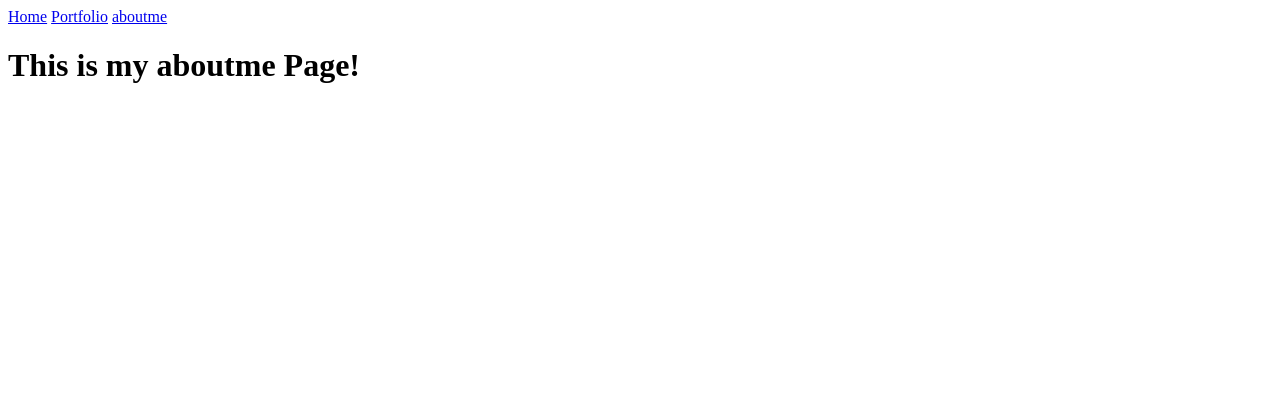
Repository: Eguevara1870/eguevara1870.github.io
Page: my_website/aboutme.html
The author's editor kept a record of every edit. The page is drawn from the files as they stood at one moment, then again after the next edit.
The browser window is 1280 px wide. The pictures show the whole page.

Above is the page before.

After the next edit:
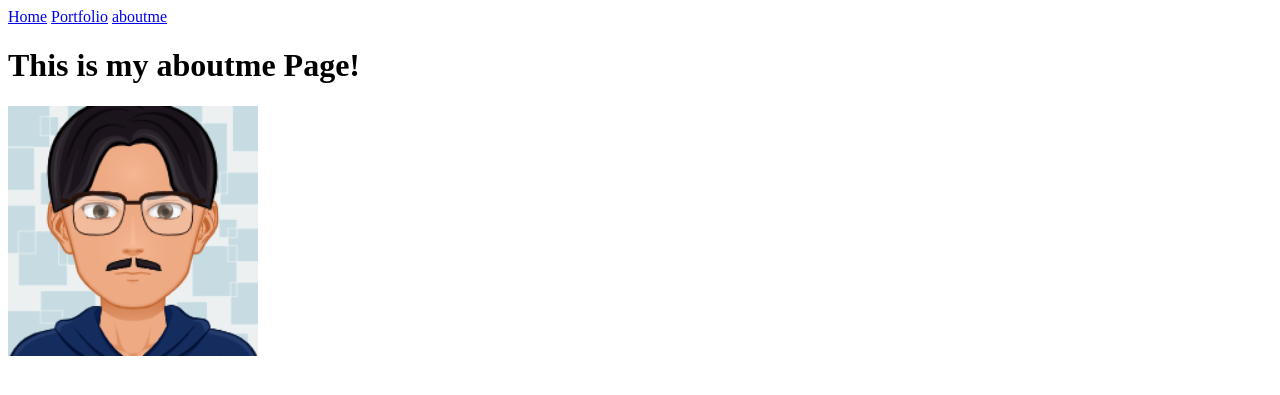
The edit:
--- a/my_website/aboutme.html
+++ b/my_website/aboutme.html
@@ -9,3 +9,6 @@
     <a href="portfolio.html">Portfolio</a>
     <a href="aboutme.html">aboutme</a>
     <h1>This is my aboutme Page!</h1>
+        <img src="images/myAvatar.png" height="250">
+  </body>
+</html>
